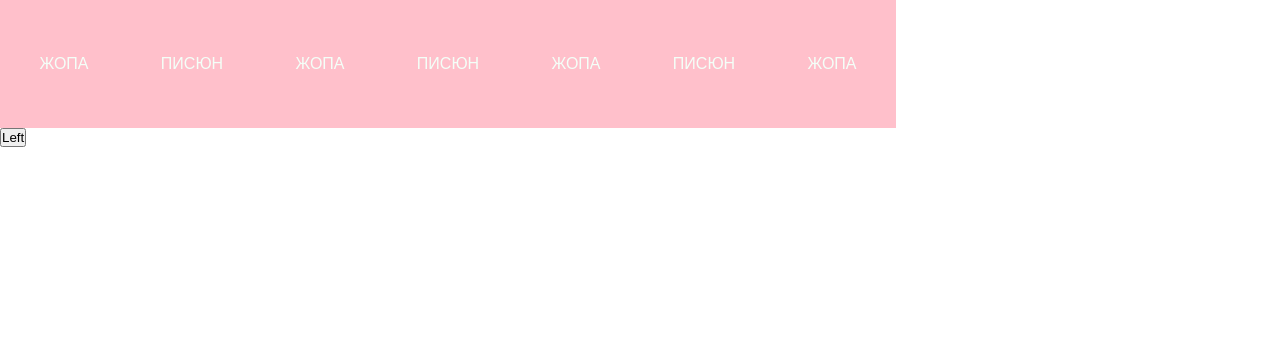
Repository: RobinKite/web_core_hws
Page: projects/slider.html
An editor plug-in stored every save of this project. The page is shown before and after the next save, followed by the edit.
The browser window is 1280 px wide. The pictures show the whole page.

Above is the page before, as saved 2020-04-07 21:14:58.

### projects/slider.html
<!DOCTYPE html>
<html lang="en">

<head>
    <meta charset="UTF-8">
    <meta name="viewport" content="width=device-width, initial-scale=1.0">
    <script src="scripts/main.js" defer></script>
    <link href="styles/style.css" rel="stylesheet">

    <title>Document</title>
</head>

<body>
    <div id="slider-left">
        <div id="line">
            <div class="line-item">ЖОПА</div>
            <div class="line-item">ПИСЮН</div>
            <div class="line-item">ЖОПА</div>
            <div class="line-item">ПИСЮН</div>
            <div class="line-item">ЖОПА</div>
            <div class="line-item">ПИСЮН</div>
            <div class="line-item">ЖОПА</div>
        </div>
    </div>

    <button id="slider-left">Left</button>
</body>

</html>

### projects/scripts/main.js
document.getElementById('slider-left').onclick = sliderLeft;
var left = 0;

function sliderLeft() {
    var line = document.getElementById('line');
    left = left - 128;
    if (left < -768) {
        left = 0;
    }
    line.style.left = left + 'px';
}

### projects/styles/style.css
* {
    box-sizing: border-box;
    padding: 0;
    margin: 0;
    /* outline: 1px solid #171523; */
}

*,
*::before,
*::after {
    box-sizing: inherit;
}

img {
    display: block;
    max-width: 100%;
    object-fit: cover;
}

body,
a,
.submenu button {
    font-family: sans-serif;
    color: #f4fff8;
}

.container {
    width: 1000px;
    margin: 0 auto;
}

header {
    top: 0;
}

footer {
    bottom: 0;
}

header,
footer {
    position: fixed;
    width: 100%;
    background-color: #171523;
    z-index: 1;
}

a {
    text-decoration: none;
}

ul {
    list-style-type: none;
}


/* *** */

.menu {
    position: relative;
}

.submenu {
    padding: 16px;
    display: none;
    position: absolute;
    background-color: #171523;
}

.menu:hover>.submenu {
    display: block;
}

.submenu-item:hover {
    background-color: rgb(151, 66, 71);
}

.submenu-item {
    padding: 4px 8px;
    white-space: nowrap;
}

.submenu-item:not(:last-child) {
    margin-bottom: 16px;
}

.submenu button {
    cursor: pointer;
    background-color: transparent;
    border: none;
}


/* *** */

.header-nav,
.footer-nav {
    height: 50px;
    display: flex;
    justify-content: space-between;
    align-items: center;
}

.header-list {
    display: flex;
    justify-content: space-between;
    align-items: center;
}

.header-item>a {
    display: block;
    width: 25px;
    height: 25px;
    background-repeat: no-repeat;
    background-position: center;
    background-size: contain;
}

.header-item:not(:last-child) {
    margin-right: 20px;
}

.shop-icon {
    background-image: url(../img/icons/shopping-cart.png);
}

.home-icon {
    background-image: url(../img/icons/open-menu.png);
}

section {
    height: calc(100vh - 0px);
    display: flex;
    align-items: center;
}

section .container {
    display: flex;
    align-items: flex-end;
}

.first-column {
    flex-basis: 500px;
}

.second-column {
    margin-left: 50px;
    flex-basis: 450px;
}

p,
a {
    line-height: 26px;
    font-size: 15px;
}

.site-logo,
.button,
.shop-cost,
.shop-details,
.button a,
.album-name,
h3,
h2 {
    font-family: 'Archivo Black', sans-serif;
    text-transform: uppercase;
}

.site-logo {
    font-size: 30px;
}

h2 {
    line-height: 38px;
    font-size: 20px;
    margin-bottom: 20px;
}

h2::after {
    display: block;
    width: 80px;
    height: 3px;
    content: "";
    background-color: rgb(244, 255, 248);
    border-radius: 5px;
}

h3 {
    line-height: 60px;
    font-size: 60px;
    margin-bottom: 50px;
}

.button {
    text-align: center;
    display: block;
    width: 220px;
    padding: 6px 0;
    border: 2px solid #f4fff8;
    cursor: pointer;
}

.button:active,
.icon:active,
span:active {
    transform: scale(0.9, 0.9);
}

.button:active {
    background-color: #f4fff8;
}

.button:active>a {
    color: #171523;
}

.track-list {
    display: flex;
    justify-content: space-between;
    padding-right: 115px;
}

.track-list li:hover a,
.track-list li:hover {
    cursor: pointer;
    color: rgb(151, 66, 71);
}

.third-page .second-column {
    margin-top: 80px;
    margin-bottom: 0;
    align-self: center;
}

ol {
    list-style-type: decimal;
    margin-left: 18px;
}

ol li {
    padding-left: 25px;
}

.second-page p {
    width: 95%;
}

.second-page .second-column {
    position: relative;
    margin-bottom: 80px;
}

.album-list {
    position: absolute;
    display: flex;
}

.album-item {
    opacity: 0.5;
    text-align: center;
    border: 1px solid #f4fff8;
    width: 220px;
    height: 145px;
    display: flex;
    flex-direction: column;
    justify-content: space-around;
    align-items: center;
}

.album-item:first-child {
    opacity: 1;
}

.album-name {
    font-size: 22px;
}

.links {
    width: 100%;
    display: flex;
    justify-content: space-around;
    align-items: center;
}

.links>a::before {
    margin-right: 8px;
    content: "";
    width: 20px;
    height: 20px;
    background-repeat: no-repeat;
    background-position: center;
    background-size: contain;
}

.itunes,
.spotify {
    display: flex;
    align-items: center;
}

.itunes::before {
    background-image: url(../img/icons/itunes.png);
}

.spotify::before {
    background-image: url(../img/icons/spotify-sketch.png);
}

.indicators {
    display: flex;
    flex-wrap: nowrap;
}

.indicators span {
    border: 1px solid transparent;
    border-radius: 15px;
    padding: 8px;
    display: flex;
    align-items: flex-start;
    font-size: 18px;
    cursor: pointer;
    margin-right: 40px;
    margin-bottom: 35px;
}

.indicators span::before {
    display: inline-block;
    margin-right: 16px;
    content: "";
    width: 20px;
    height: 20px;
    background-repeat: no-repeat;
    background-position: center;
    background-size: contain;
}

.likes::before {
    background-image: url(../img/icons/heart.png);
}

.share::before {
    background-image: url(../img/icons/share.png);
}

.indicators span:hover {
    border: 1px solid #f4fff8;
}

.shop-cost {
    font-size: 24px;
    margin-bottom: 25px;
}

.shop-details {
    font-size: 22px;
    margin-bottom: 15px;
}

.shop-details~p {
    margin-bottom: 25px;
}

.first-page {
    background: linear-gradient(-90deg, rgba(151, 66, 71, 0.8), rgba(35, 44, 61, 0.8)), url(../img/1.jpg);
    background-repeat: no-repeat;
    background-position: center;
    background-size: cover;
}

.second-page {
    position: relative;
    z-index: -2;
    background: linear-gradient(90deg, rgba(151, 66, 71, 0.8), rgba(35, 44, 61, 0.8)), url(../img/2.jpg);
    background-repeat: no-repeat;
    background-position: center;
    background-attachment: fixed;
    background-size: cover;
}

.second-page::after {
    position: absolute;
    content: '';
    z-index: -1;
    width: 50%;
    height: 100%;
    background: linear-gradient(-90deg, rgba(151, 66, 71, 0.4), rgba(35, 44, 61, 1));
}

.third-page {
    background: linear-gradient(-90deg, rgba(151, 66, 71, 0.8), rgba(35, 44, 61, 0.8)), url(../img/3.jpg);
    background-repeat: no-repeat;
    background-position: center;
    background-size: cover;
}

.forth-page {
    background: linear-gradient(90deg, rgba(151, 66, 71, 0.95), rgba(35, 44, 61, 0.95)), url(../img/131061.jpg);
    background-repeat: no-repeat;
    background-position: left;
    background-size: cover;
}

.footer-list,
.footer-list-policy {
    display: flex;
    justify-content: space-between;
    align-items: center;
}

.footer-list {
    width: 220px;
}

.footer-list-policy {
    width: 360px;
}

.footer-list a {
    display: block;
    width: 20px;
    height: 20px;
    background-repeat: no-repeat;
    background-position: center;
    background-size: contain;
}

.twitter-icon {
    background-image: url(../img/icons/twitter.png);
}

.facebook-icon {
    background-image: url(../img/icons/facebook.png);
}

.instagram-icon {
    background-image: url(../img/icons/instagram.png);
}

.soundcloud-icon {
    background-image: url(../img/icons/soundcloud.png);
}

.spotify-icon {
    background-image: url(../img/icons/spotify-sketch.png);
}

.youtube-icon {
    background-image: url(../img/icons/youtube.png);
}


/* *** */

.test {
    display: flex;
    flex-direction: column;
}

.item-opened {
    display: flex;
    width: 100%;
    align-items: center;
    justify-content: space-around;
    margin-bottom: 50px;
}

.mySlides {
    display: none;
}

.cursor {
    cursor: pointer;
}

.prev,
.next {
    cursor: pointer;
    width: 10px;
    padding: 10px;
    font-weight: bold;
    font-size: 20px;
    border-radius: 10%;
    user-select: none;
    -webkit-user-select: none;
}

.prev:hover,
.next:hover {
    background-color: #171523;
}

.row {
    width: 100%;
    display: flex;
}

.column {
    padding: 0 20px;
    border: 2px solid #f4fff8;
    width: 33.3%;
}

.demo {
    opacity: 0.4;
}

.active,
.demo:hover {
    opacity: 1;
}


/* *** */

input[type=text],
input[type=password] {
    padding: 15px;
    margin: 5px 0 10px 0;
    display: block;
    border: none;
    border-radius: 3px;
}

input[type=text]:focus,
input[type=password]:focus {
    outline: none;
}

.modal-buttons {
    display: flex;
    justify-content: space-between;
}

form h4 {
    font-size: 20px;
}

form button {
    color: #f4fff8;
    background-color: rgb(66, 151, 70);
    padding: 14px 20px;
    margin: 8px 0;
    border: none;
    border-radius: 3px;
    cursor: pointer;
    width: 100%;
    opacity: 0.9;
}

form button:hover {
    opacity: 1;
}

.cancelbtn {
    background-color: rgb(151, 66, 71);
}

.cancelbtn,
.signupbtn {
    width: 40%;
}

.modal {
    display: none;
    position: fixed;
    z-index: 2;
    left: 0;
    top: 0;
    justify-content: center;
    align-items: center;
    width: 100%;
    height: 100%;
    overflow: auto;
    background-color: rgba(0, 0, 0, 0.8);
}

.modal-content {
    position: relative;
    border-radius: 5px;
    padding: 35px;
    background-color: rgb(35, 44, 61);
    width: 500px;
}

.modal-line::after {
    display: block;
    width: 80%;
    height: 3px;
    content: "";
    background-color: #f4fff8;
    border-radius: 5px;
    margin-bottom: 5px;
}

.close {
    position: absolute;
    right: 35px;
    top: 35px;
    font-size: 40px;
    line-height: 25px;
    font-weight: bold;
    color: #f4fff8;
}

.close:hover,
.close:focus {
    color: rgb(151, 66, 71);
    cursor: pointer;
}

@media screen and (max-width: 300px) {
    .cancelbtn,
    .signupbtn {
        width: 100%;
    }
}


/* ********************************************** */

#slider-test {
    width: 128px;
    height: 128px;
    border: 5px solid black;
    margin: 50px auto;
    overflow: hidden;
}

#line {
    position: relative;
    width: 896px;
    left: 0;
    transition: all ease 1s;
}

#line div {
    display: flex;
    justify-content: center;
    align-items: center;
    float: left;
    background-color: pink;
    width: 128px;
    height: 128px;
}

#line::after {
    content: "";
    display: block;
    clear: both;
}

#slider-test~button {
    z-index: 3;
    background-color: cyan;
    width: 128px;
    height: 64px;
}

After the next save:
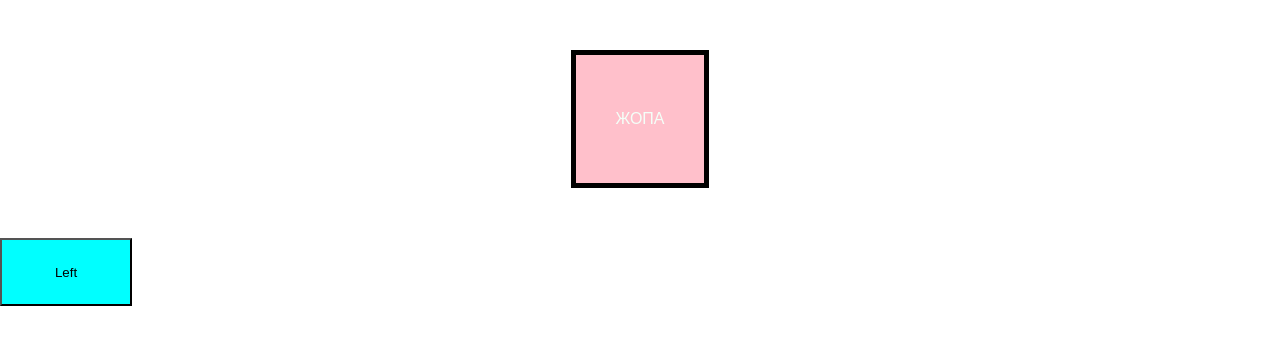
Saved 5 s later.
--- a/projects/slider.html
+++ b/projects/slider.html
@@ -11,7 +11,7 @@
 </head>
 
 <body>
-    <div id="slider-left">
+    <div id="slider-test">
         <div id="line">
             <div class="line-item">ЖОПА</div>
             <div class="line-item">ПИСЮН</div>
